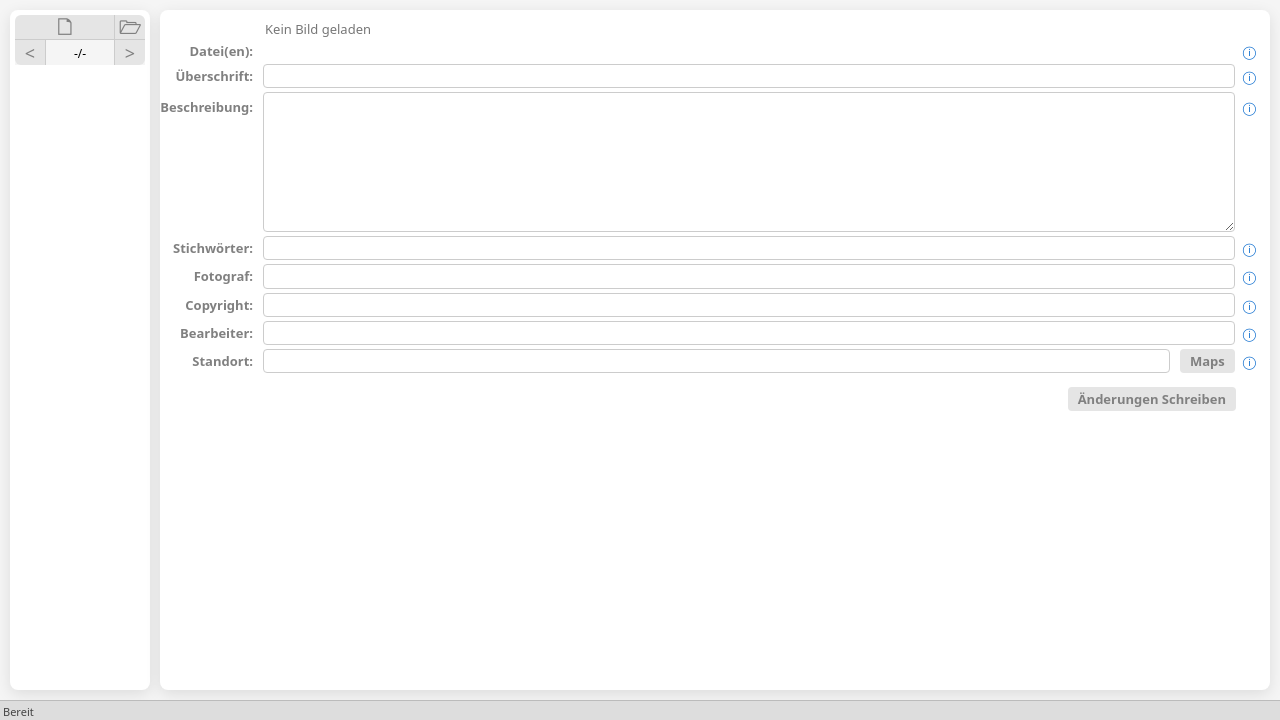
Repository: h-fahle/metadata
Page: ui/index.html
The author's editor kept a copy of each file at every save. The page is drawn from the files as they stood at one save, then again after the next save.
The browser window is 1280 px wide. The pictures show the whole page.

Above is the page before, as saved 2026-08-28 16:23:04.
Console error: TypeError: Cannot read properties of undefined (reading 'core')

### ui/index.html
<!DOCTYPE html>
<html lang="de">

<head>
	<meta charset="UTF-8">
	<title>Metadaten Editor</title>
	<script src="script.js" defer></script>
	<link rel="stylesheet" href="style.css">
</head>

<body>

	<main id="main-container">

		<!-- Das Vorschaubild links -->
		<aside id="sidebar">

			<div class="split-button-container">
				<div class="main-row">
					<button class="img-select-btn open-files"  data-ordner="false" data-mehrfach="true">
						&#x1F5CB;<div class="tooltip-box">Bilddatei(en) öffnen</div>
					</button>
					<button class="img-select-btn open-folder" data-ordner="true" data-mehrfach="false">
						&#x1F5C1;<div class="tooltip-box">Ordner öffnen</div>
					</button>
				</div>
				<div class="pager-row">
					<button class="pager-btn prev-btn" data-schritt="-1">&lt;</button>
					<div id="img-nummer" class="pager-display">-/-</div>
					<button class="pager-btn next-btn" data-schritt="1"">&gt;</button>
				</div>
			</div>

			<img id="vorschau-bild" src="" style="display:none;" />
			<div id="bild-info" style="text-align:center;">
				<span id="img-datum"></span><br>
				<span id="img-groesse"></span>
			</div>
		</aside>

		<!-- Das Formular rechts -->
		<section id="form-container">

			<div id="ordner-pfad">Kein Bild geladen</div>

			<div class="form-row">
				<label for="filename">Datei(en):</label>
				<div id="dynamischerBereich" style="width: 100%;">
					<!-- Input- / oder Select-Element -->
				</div>
				<div class="tooltip-container">
					<span class="info-icon">ⓘ</span>
					<div class="tooltip-box">Im Einzelmodus: Änderung des Dateinamens bewirkt Umbenennung der Datei.
						Im Stapelmodus: Dateinamen sind nicht änderbar.!
					</div>
				</div>
			</div>

			<div class="form-row">
				<label for="caption">Überschrift:</label>
				<input type="text" id="caption" name="caption" />
				<div class="tooltip-container">
					<span class="info-icon">ⓘ</span>
					<div class="tooltip-box">Auch: (Dokument-)Titel, Schlagzeile, Headline
					</div>
				</div>
			</div>

			<div class="form-row form-row-top">
				<label for="description">Beschreibung:</label>
				<textarea id="description" name="description"></textarea>
				<div class="tooltip-container">
					<span class="info-icon">ⓘ</span>
					<div class="tooltip-box">Beschreibender Text in beliebiger Länge.
						(Im Stapelmodus wird der eingegebene Text
						&nbsp;&nbsp; an vorhandenen angehängt.)
						Hinweis: Einige Programme zeigen nur 2.000 Zeichen
						&nbsp;&nbsp; oder auch weniger an.
					</div>
				</div>
			</div>

			<div class="form-row">
				<label for="keywords">Stichwörter:</label>
				<input type="text" id="keywords" name="keywords" />
				<div class="tooltip-container">
					<span class="info-icon">ⓘ</span>
					<div class="tooltip-box">Komma-separierte Liste. Groß-/Kleinschreibung beachten.
						Im Stapelmodus werden die eingegebenen Stichwörter
						&nbsp;&nbsp; an vorhandene angehängt.
					</div>
				</div>
			</div>

			<div class="form-row">
				<label for="creator">Fotograf:</label>
				<input type="text" id="creator" name="creator" />
				<div class="tooltip-container">
					<span class="info-icon">ⓘ</span>
					<div class="tooltip-box">Urheber, Ersteller, Autor
						(Tags: Artitst, Creator, By-line)
					</div>
				</div>
			</div>

			<div class="form-row">
				<label for="copyright">Copyright:</label>
				<input type="text" id="copyright" name="copyright" />
				<div class="tooltip-container">
					<span class="info-icon">ⓘ</span>
					<div class="tooltip-box">Urheberrechtshinweis; enthält in der Regel:
						Name des Fotografen, Aufnahmejahr und Nutzungsrechte;
						(z.B. 'Copyright [1975] [Mustermann], Alle Rechte vorbehalten')
					</div>
				</div>
			</div>

			<div class="form-row">
				<label for="editor">Bearbeiter:</label>
				<input type="text" id="editor" name="editor" />
				<div class="tooltip-container">
					<span class="info-icon">ⓘ</span>
					<div class="tooltip-box">Verfasser der Metadaten
						(Tags: Caption Writer, Writer Editor)
					</div>
				</div>
			</div>

			<div class="form-row">
				<label for="position">Standort:</label>
				<input type="text" id="position" name="position" />
				<button type="button" class="maps-trigger-btn">Maps</button>
				<div class="tooltip-container">
					<span class="info-icon">ⓘ</span>
					<div class="tooltip-box">GPS-Koordinaten in Dezimalgrad (z.B.: 51.49129, 8.43317).
						Ermitteln der Koordinaten in der Google Maps-Karte:
						&nbsp; 1. mit rechter Maustaste auf den Standort klicken,
						&nbsp; 2. auf die angezeigten Koordinaten klicken,
						&nbsp; 3. der so gespeicherte Wert kann mit Strg+V
						&nbsp;&nbsp;&nbsp;&nbsp;&nbsp;&nbsp; hier eingefügt werden.
					</div>
				</div>
			</div>

			<!-- Button-Leiste -->
			<div class="button-group">
				<button type="button" id="btn-exif-schreiben">Änderungen Schreiben</button>
			</div>

		</section> <!-- Ende der form-containers-->
	</main> <!-- Ende des main-containers -->

	<footer id="statusleiste">
		<div id="status-text">
			Bereit
		</div>
	</footer>


</body>

</html>

### ui/style.css
:root {
	--app-font: system-ui, -apple-system, "Segoe UI", Roboto, Helvetica, Arial, sans-serif;
	--app-font-size: 13px;
}

/* 1. Das App-Fenster exakt auf 100% fixieren (kein äußeres Scrollen) */
html, body {
	margin: 0;
	padding: 0;
	height: 100vh;
	width: 100vw;
	overflow: hidden; /* Verhindert jegliche äußere Scrollbalken */
	background: #f5f5f5;
	display: flex;
	flex-direction: column; /* Hauptinhalt oben, Statusleiste unten */
	font-family: var(--app-font);
	font-size: var(--app-font-size);
}

input,
textarea,
button,
selectx {
	font-family: var(--app-font) !important;
	font-size: var(--app-font-size) !important;
}

/* Allumfassender Box-Sizing-Fix für die gesamte App */
*, *::before, *::after {
	box-sizing: border-box;
}

/* 2. Der Hauptbereich füllt den gesamten oberen Platz aus --------------------------- */
#main-container {
	flex: 1;
	display: flex;
	flex-direction: row; /* Elemente nebeneinander */
	gap: 10px;
	padding: 10px;
	overflow: hidden; /* Verhindert, dass Riesen-Inhalte das Fenster sprengen */
}

/* 3. LINKS: Die Sidebar mit fester Breite */
#sidebar {
	width: 140px;
	min-width: 140px; /* Lässt die Sidebar niemals schrumpfen */
	background-color: #ffffff;
	border-radius: 8px;
	padding: 5px;
	box-shadow: 0 4px 15px rgba(0, 0, 0, 0.1);
}

#vorschau-bild {
	max-width: 130px;
	margin: 15px auto;
	height: auto;
}

/* 4. RECHTS: Das Formular nimmt den gesamten Rest ein und wächst mit */
#form-container {
	flex: 1; /* Nimmt 100% des restlichen Platzes ein */
	min-width: 0; /* Erlaubt Flexbox, die Box bei Bedarf zu verkleinern */
	background-color: #ffffff;
	border-radius: 8px;
	padding: 10px;
	display: flex;
	flex-direction: column;
	gap: 4px;
	box-shadow: 0 4px 15px rgba(0, 0, 0, 0.1);
}

#ordner-pfad {
	margin-left: 95px !important;
	color: #777777;
}

/* Jede Zeile wird zu einer horizontalen Flexbox */
.form-row {
	display: flex !important;
	flex-direction: row;
	align-items: center; /* Richtet Label und Input vertikal mittig zueinander aus */
	gap: 10px;           /* Abstand zwischen Label und Input */
	width: 100%;
}

/* Die Labels bekommen eine feste Breite, damit alle Inputs sauber untereinander starten */
.form-row label {
	width: 95px;         /* Breite je nach längstem Label-Text anpassen */
	min-width: 95px;     /* Verhindert, dass das Label zusammengedrückt wird */
	text-align: right;   /* Optional: Richtet den Text rechtsbündig zum Input aus */
	color: gray;
	font-weight: bold;
	margin-left: -12px;
}

/* Die Eingabefelder füllen jetzt den gesamten restlichen Platz der Zeile aus */
.form-row input,
.form-row textarea {
	flex: 1;             /* Zwingt das Input-Feld, den Rest der Zeile einzunehmen */
	width: 100%;
	min-width: 0;        /* Erlaubt dem Input, bei sehr kleinen Fenstern stabil zu schrumpfen */
	border: 1px solid #ccc;
	border-radius: 4px;
	padding: 2px 4px;
	line-height: 1.4;
	-webkit-font-smoothing: antialiased;
	outline: none;
}
input#filename {
	font-weight: bold;
}


.form-row select {
  /* 1. Setzt das native Design auf ALLEN Plattformen zurück */
  -webkit-appearance: none; /* Für Chrome, Safari, WebKitGTK, Edge, Opera */
  -moz-appearance: none;    /* Für Firefox */
  appearance: none;         /* Der moderne, offizielle W3C-Standard */

  /* 2. Plattformübergreifender Text-Fix für Unterlängen (g, j, y) */
  line-height: 1.4;           /* 1.5 bietet genug Puffer für Linux- & Windows-Fonts */
  padding: 2px; /* Rechts Platz für den eigenen Pfeil */
  width: 100%;
  height: 24px;

  /* 3. Textglättung für macOS, Windows und Linux */
  -webkit-font-smoothing: antialiased;
  -moz-osx-font-smoothing: grayscale;

  /* 4. tandard-Design für die Box */
  background-color: #ececec;
  border: 1px solid #ccc;
  border-radius: 4px;
  box-sizing: border-box;    /* Verhindert Layout-Verschiebungen */
  outline: none;
  color: gray;
}

.form-row textarea {
	min-height: 140px;
}
.form-row input:focus-visible,
.form-row textarea:focus-visible {
	outline: 2px solid gray;
}

/* Ändert die Ausrichtung für die Textarea-Zeile nach oben */
.form-row-top {
	align-items: flex-start !important; /* Richtet Label, Textarea und Icon oben aus */
}
.form-row-top label,
.form-row-top .tooltip-container {
	padding-top: 6px; /* Verhindert, dass das Label zu weit oben klebt */
}


/* 5. UNTEN: Die Statusleiste mit fixer Höhe und eigenem Scrollbalken */
#statusleiste {
	height: 20px;  /* Feste Höhe für ca. 2 Zeilen Text */
	min-height: 20px;
	border-top: 1px solid #bbb;
	background-color: #ddd;
	font-size: 11px;
	color: #444;
	padding: 3px;
	overflow-y: auto;  /* Vertikaler Scrollbalken erscheint NUR bei Bedarf */
	overflow-x: hidden;  /* Verhindert horizontales Scrollen in der Statusleiste */
	-webkit-font-smoothing: antialiased;
}


/* Bedien-Elemente -------------------------------------------- */
button {
	padding: 3px 10px;
	font-weight: bold;
	cursor: pointer;
	border: none;
	background-color:#e5e5e5;
	color: gray;
}
button:hover {
	background-color: gray;
	color: white;
}
.button-group button,
.form-row button {
	border-radius: 4px;
}

	/* ------------------------------------------------------------------------------ */
	/* Container hält die Steuer-Buttons zusammen */
	.split-button-container {
	  display: inline-flex;
	  flex-direction: column;
	  position: relative;
	  font-family: system-ui, -apple-system, sans-serif;
	  width:130px;
	}

	/* Obere Reihe */
	.main-row {
	  height: 25px;
	  display: flex;
	  border-bottom: 1px solid #ccc; /* Trennlinie zur zweiten Reihe */
	}

	/* Untere Reihe */
	.pager-row {
	  height: 25px;
	  display: flex;
	  align-items: center;
	  background-color: #f5f5f5;
	}

	/* Gemeinsames Design für die Button-Teile */
	.open-files,
	.open-folder,
	.prev-btn,
	.next-btn {
	  font-size: 18px  !important;
	  padding: 0;
	  cursor: pointer;
	  transition: background-color 0.2s;
	}
	.prev-btn,
	.next-btn {
		font-weight: normal;
	}

	/* Hauptbutton oben links */
	.open-files {
	  width: 100%;
	  border-top-left-radius: 6px;
	  border-right: 1px solid #ccc
	}

	/* Pfeilbutton oben rechts */
	.open-folder {
	  width: 30%;
	  border-top-right-radius: 6px;
	}

	/* Blätter-Buttons unten links und rechts */
	.pager-btn {
	  width: 30px;
	  height: 100%;
	  display: flex;
	  align-items: center;
	  justify-content: center;
	  transition: background-color 0.2s;
	}
	.prev-btn {
		border-bottom-left-radius: 6px;
	}
	.next-btn {
		border-bottom-right-radius: 6px;
	}

	.pager-display {
	  height: 100%;
	  flex-grow: 1; /* Nimmt den gesamten Platz in der Mitte ein */
	  text-align: center;
	  font-size: 12px;
	  padding: 5px 0;
	  border-left: 1px solid #ccc;
	  border-right: 1px solid #ccc;
	  user-select: none; /* Verhindert versehentliches Markieren beim Klicken */
	}



/* Der Absendeknopf richtet sich nach den Eingabefeldern aus */
.button-group {
	display: flex;
	justify-content: flex-end;
	margin: 10px 24px 0 0;
}

.button-group button {
	margin-left: 5px;
}


/* Tooltip ---------------------------------------------------------- */

/* Container für das Icon und die Box */
.tooltip-container {
	position: relative; /* Wichtig, damit sich die Box am Icon ausrichtet */
	display: inline-flex;
	align-items: center;
	cursor: help;       /* Zeigt das Fragezeichen/Hilfe-Symbol als Mauszeiger */
	margin-left: -6px;
}

/* Das Info-Icon selbst */
.info-icon {
	color: #0066cc;     /* Schönes Info-Blau */
	padding: 0 4px;
	font-size: 13px;
}

.tooltip-box {
	display: none;
	position: fixed;

	width: max-content;
	max-width: 400px;      /* Verhindert, dass der Tooltip bei sehr viel Text das Fenster sprengt */
	white-space: pre-line;

	background-color: lightyellow;
	color: black;
	border: 1px solid gray;
	padding: 2px 4px;
	border-radius: 6px;
	font-size: 11px;
	line-height: 1.4;
	box-shadow: 0 4px 10px rgba(0, 0, 0, 0.2);
	z-index: 1001;   /* Über der Statusleiste (1000), falls sie sich überschneiden */

  	/* Verschiebt den Tooltip komplett nach links,
     sodass seine rechte Kante am Cursor sitzt */
 	transform: translate(-100%, 40%);  */

	/* Animation & Verstecken */
	transition: opacity 0.2s ease-in-out, visibility 0.2s;
	pointer-events: none; /* Verhindert, dass die Box beim unabsichtlichen Drüberfahren flackert */
}

/* Zeige den Tooltip nur, wenn die Maus über dem Container ist */
.tooltip-container:hover .tooltip-box {
  display: block;
}
.img-select-btn:hover .tooltip-box {
	transform: none;
	font-weight: normal;
	display: block;
}

Loaded but not shown: ui/script.js (497 lines, source omitted)

After the next save:
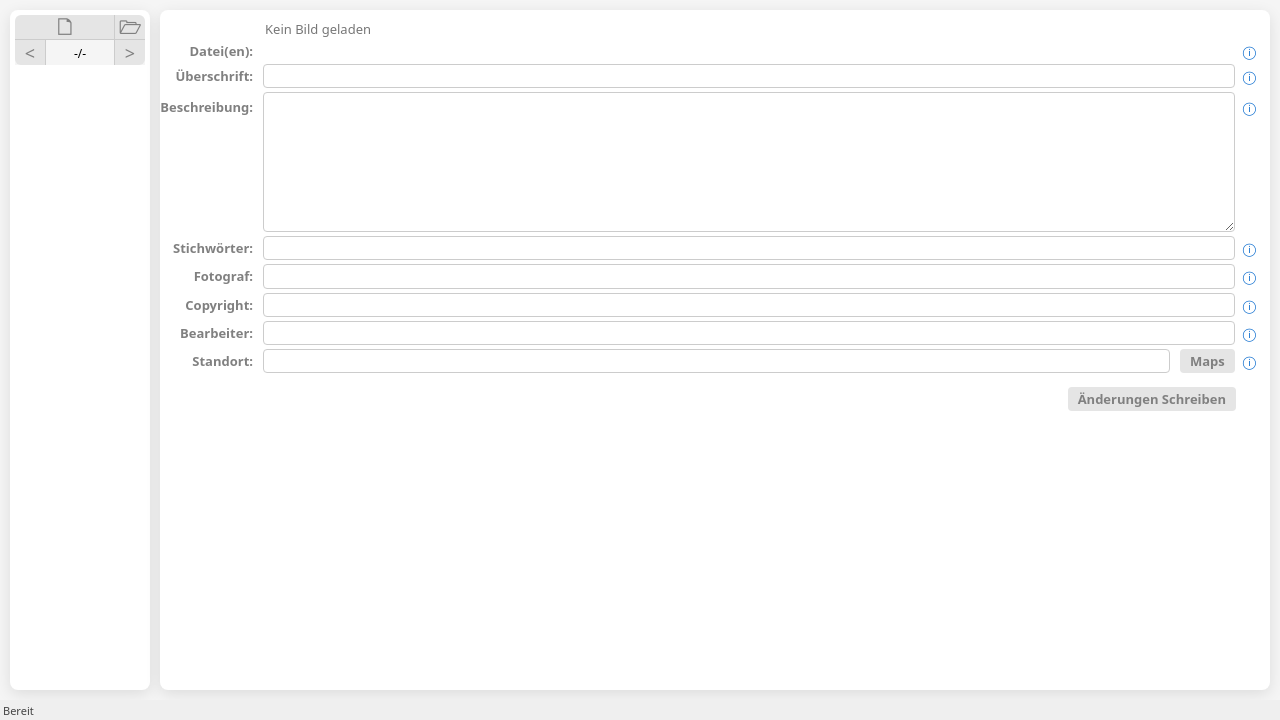
Saved 22 min 10 s later.
--- a/ui/style.css
+++ b/ui/style.css
@@ -158,8 +158,7 @@ input#filename {
 #statusleiste {
 	height: 20px;  /* Feste Höhe für ca. 2 Zeilen Text */
 	min-height: 20px;
-	border-top: 1px solid #bbb;
-	background-color: #ddd;
+	background-color: #efefef;
 	font-size: 11px;
 	color: #444;
 	padding: 3px;
